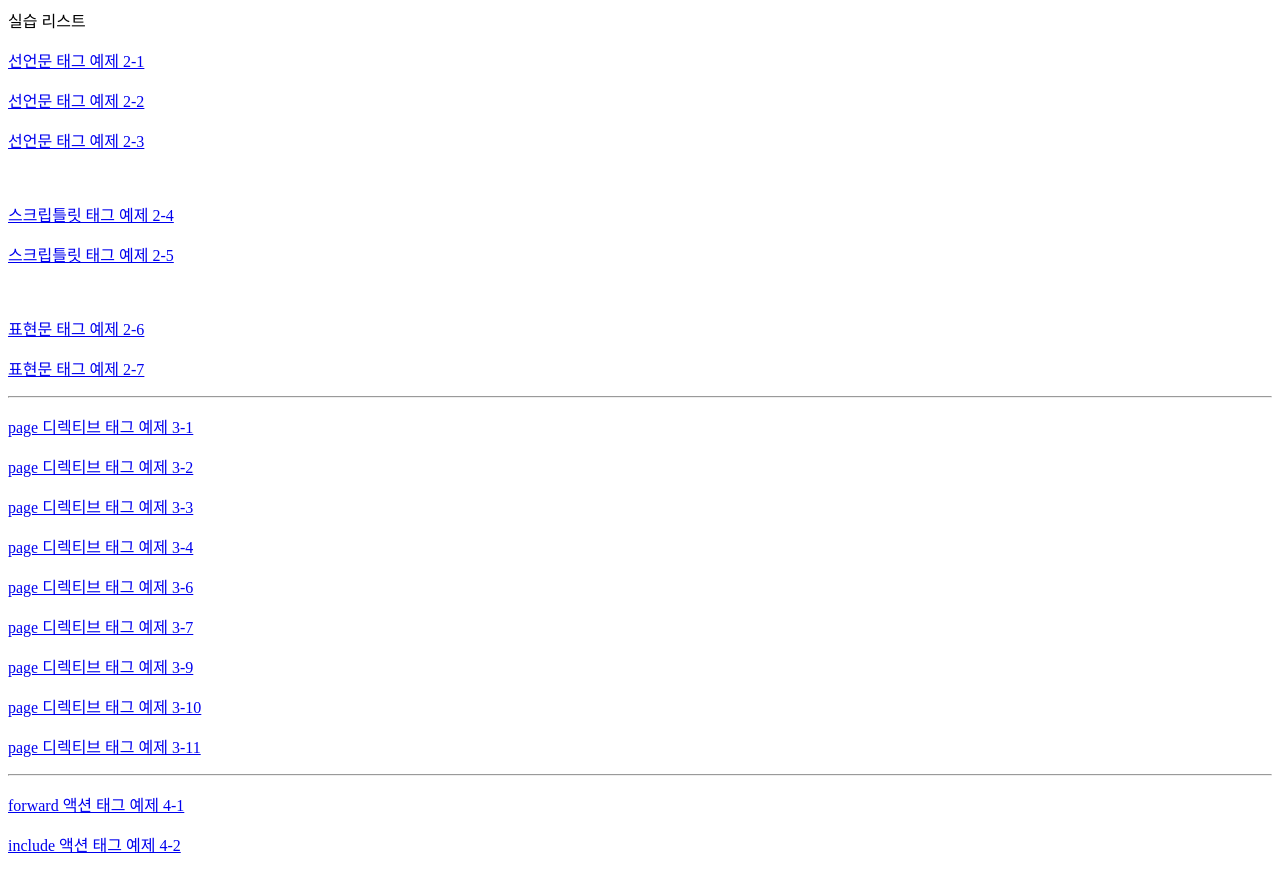
Repository: man332414/myJspStudy
Page: http://localhost/jspbook/
An editor plug-in stored every save of this project. The page is shown before and after the next save, followed by the edit.
The browser window is 1280 px wide. The pictures show the whole page.
The page is served by Tomcat 10. Nobody is signed in. The application's start-up code is not run. Other server files are loaded and not shown.

Above is the page before, as saved 2024-10-10 01:52:51.

### jspbook/src/main/webapp/index.jsp
<%@ page language="java" contentType="text/html; charset=UTF-8"
    pageEncoding="UTF-8"%>
<!DOCTYPE html>
<html>
<head>
<meta charset="UTF-8">
<title>어서와 집이야</title>
</head>
<body>
	실습 리스트
	<p><a href = "2_1"> 선언문 태그 예제 2-1</a></p>
	<p><a href = "2_2"> 선언문 태그 예제 2-2</a></p>
	<p><a href = "2_3"> 선언문 태그 예제 2-3</a></p>
	<br>
	<p><a href = "2_4"> 스크립틀릿 태그 예제 2-4</a></p>
	<p><a href = "2_5"> 스크립틀릿 태그 예제 2-5</a></p>
	<br>
	<p><a href = "2_6"> 표현문 태그 예제 2-6</a></p>
	<p><a href = "2_7"> 표현문 태그 예제 2-7</a></p>
	<hr>
	<p><a href = "3_1"> page 디렉티브 태그 예제 3-1</a></p>
	<p><a href = "3_2"> page 디렉티브 태그 예제 3-2</a></p>
	<p><a href = "3_3"> page 디렉티브 태그 예제 3-3</a></p>
	<p><a href = "3_4"> page 디렉티브 태그 예제 3-4</a></p>
	<p><a href = "3_6"> page 디렉티브 태그 예제 3-6</a></p>
	<p><a href = "3_7"> page 디렉티브 태그 예제 3-7</a></p>
	<p><a href = "3_9"> page 디렉티브 태그 예제 3-9</a></p>
	<p><a href = "3_10"> page 디렉티브 태그 예제 3-10</a></p>
	<p><a href = "3_11"> page 디렉티브 태그 예제 3-11</a></p>
	<hr>
	<p><a href = "4_1"> forward 액션 태그 예제 4-1</a></p>
	<p><a href = "4_2"> include 액션 태그 예제 4-2</a></p>


</body>
</html>

After the next save:
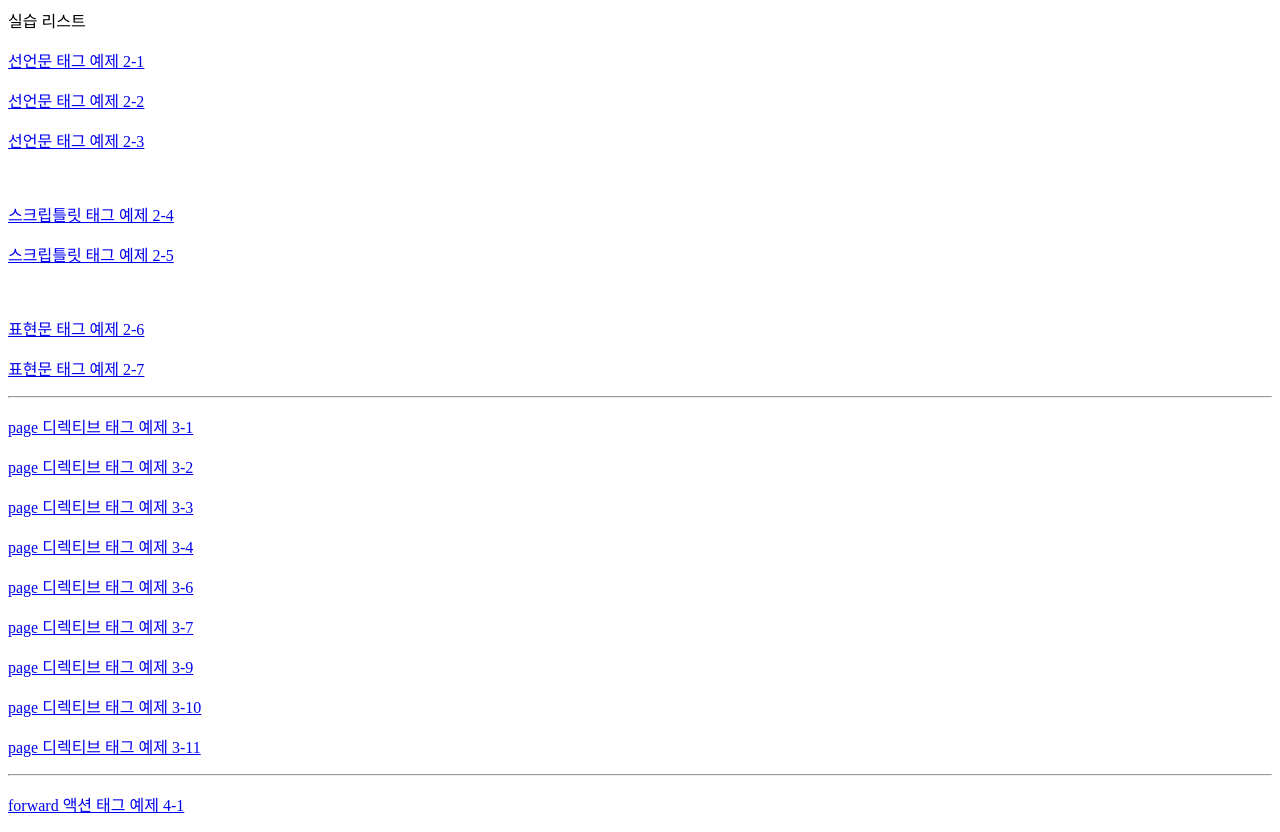
Saved 97 s later.
--- a/jspbook/src/main/webapp/index.jsp
+++ b/jspbook/src/main/webapp/index.jsp
@@ -29,7 +29,7 @@
 	<p><a href = "3_11"> page 디렉티브 태그 예제 3-11</a></p>
 	<hr>
 	<p><a href = "4_1"> forward 액션 태그 예제 4-1</a></p>
-	<p><a href = "4_2"> include 액션 태그 예제 4-2</a></p>
+	<!-- <p><a href = "4_2"> include 액션 태그 예제 4-2</a></p> -->
 
 
 </body>

After the 2 saves that followed:
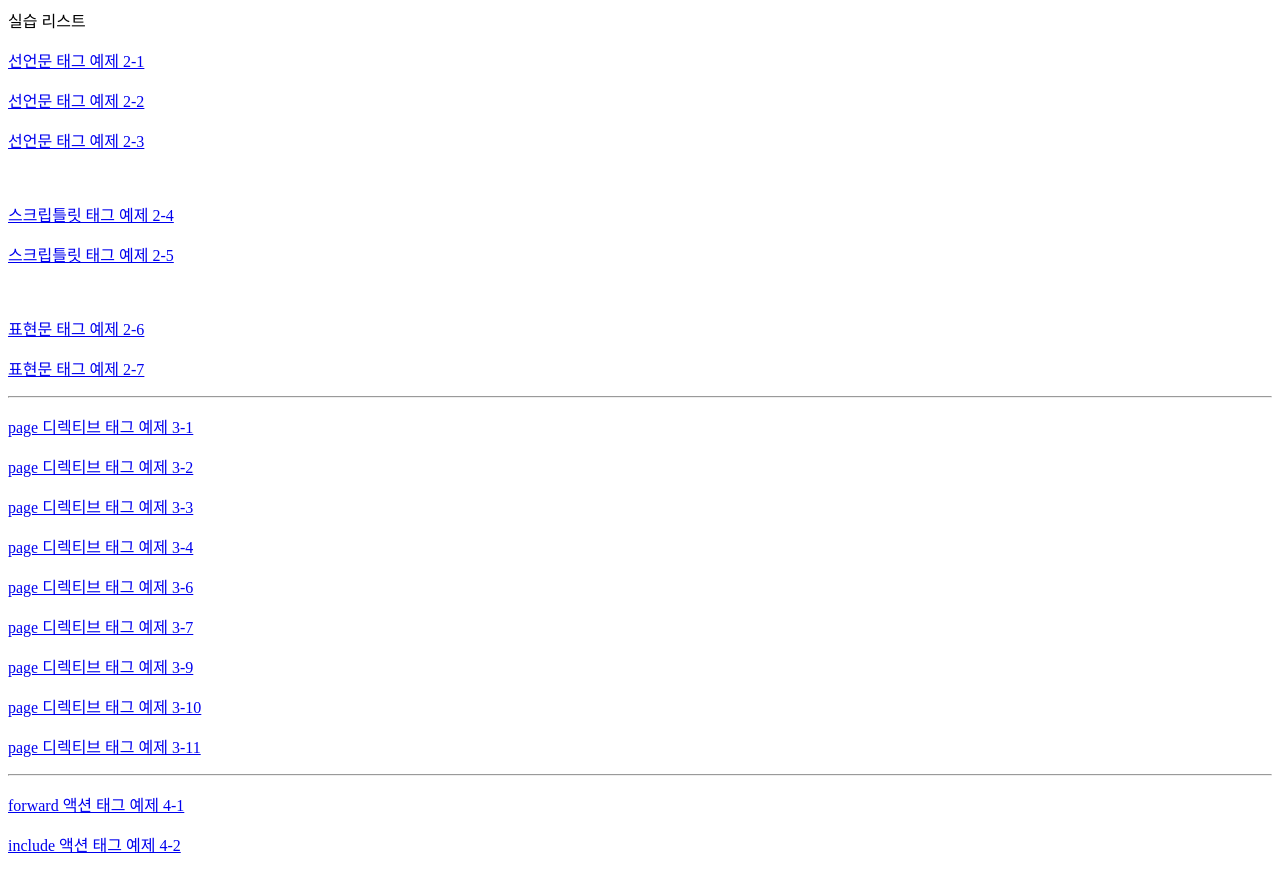
The 2 saves are shown as one change because 1 left the picture as it was.
The last was saved 3 min 52 s later.
--- a/jspbook/src/main/webapp/index.jsp
+++ b/jspbook/src/main/webapp/index.jsp
@@ -29,7 +29,7 @@
 	<p><a href = "3_11"> page 디렉티브 태그 예제 3-11</a></p>
 	<hr>
 	<p><a href = "4_1"> forward 액션 태그 예제 4-1</a></p>
-	<!-- <p><a href = "4_2"> include 액션 태그 예제 4-2</a></p> -->
+	<p><a href = "4_2"> include 액션 태그 예제 4-2</a></p>
 
 
 </body>
